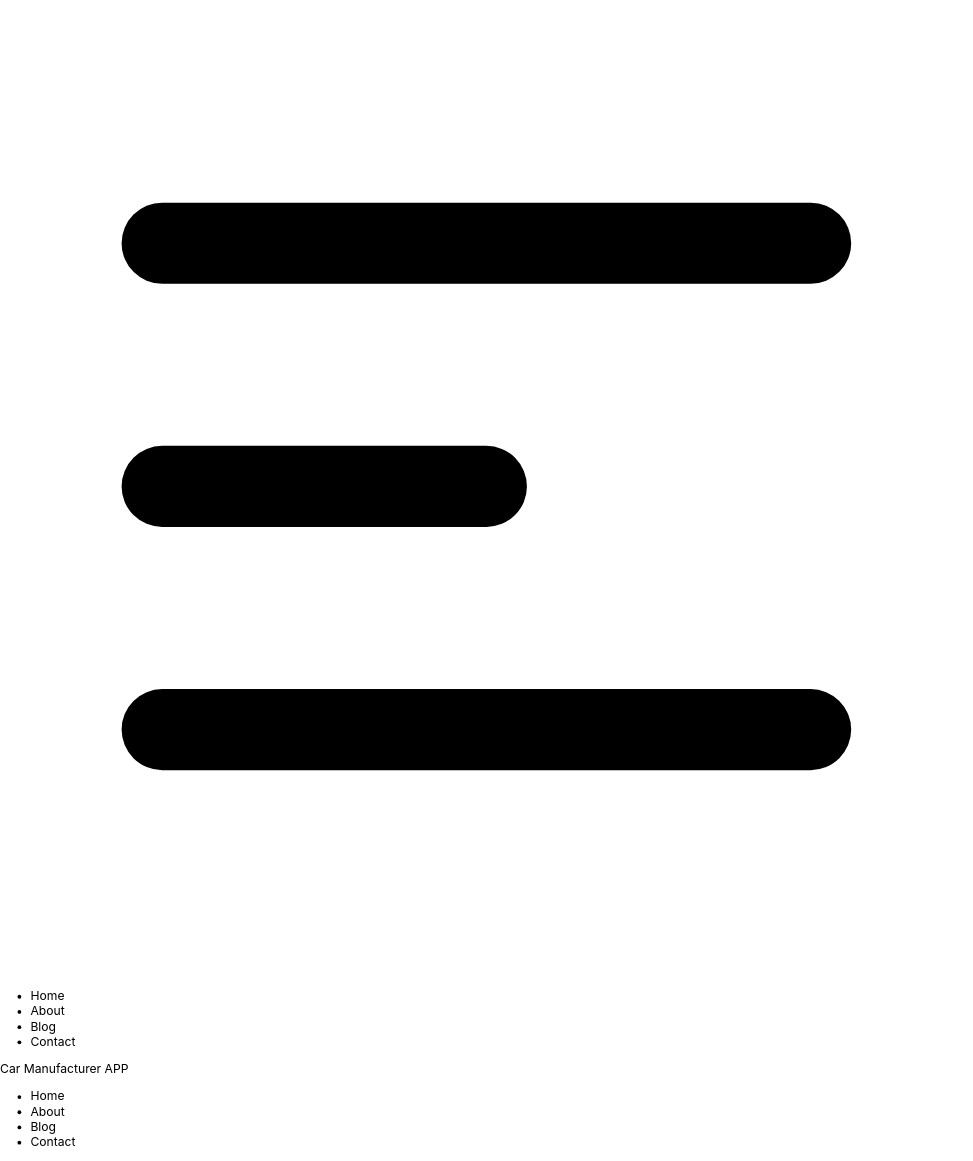
Repository: devsajid/car-manufacturer-app
Page: /
These files come from the project's save history. The page is drawn as it stood at one moment and after a run of saves; the edit follows.
The browser window is 1280 px wide. The pictures show the whole page, at 76% of full size.
The project was rebuilt for these pictures with package versions that can differ from the ones it lists, and the page was loaded fresh each time. Also part of the build but not shown: src/App.css.

Above is the page before, as saved 2022-05-22 12:43:51.

### src/App.js
import "./App.css";
import Navbar from "./SharedComponents/Navbar/Navbar";

function App() {
  return (
    <div>
      <Navbar></Navbar>
    </div>
  );
}

export default App;

### src/SharedComponents/Navbar/Navbar.js
import React from "react";

const Navbar = () => {
  return (
    <div>
      <div class="navbar bg-neutral text-base-100">
        <div class="navbar-start text-base-100">
          <div class="dropdown">
            <label tabindex="0" class="btn btn-ghost lg:hidden">
              <svg
                xmlns="http://www.w3.org/2000/svg"
                class="h-5 w-5"
                fill="none"
                viewBox="0 0 24 24"
                stroke="currentColor"
              >
                <path
                  stroke-linecap="round"
                  stroke-linejoin="round"
                  stroke-width="2"
                  d="M4 6h16M4 12h8m-8 6h16"
                />
              </svg>
            </label>
            <ul
              tabindex="0"
              class="menu menu-compact dropdown-content mt-3 p-2 shadow bg-neutral base-100 rounded-box w-100"
            >
              <li>
                <a>Home</a>
              </li>
              <li>
                <a>About</a>
              </li>
              <li>
                <a>Blog</a>
              </li>
              <li>
                <a>Contact</a>
              </li>
            </ul>
          </div>
          <a className="btn btn-ghost bg- normal-case text-base-100 text-xl">
            Car Manufacturer APP
          </a>
        </div>
        <div class="navbar-center hidden lg:flex">
          <ul class="menu menu-horizontal text-xl p-0">
            <li>
              <a>Home</a>
            </li>

            <li>
              <a>About</a>
            </li>
            <li>
              <a>Blog</a>
            </li>
            <li>
              <a>Contact</a>
            </li>
          </ul>
        </div>
      </div>
    </div>
  );
};

export default Navbar;

Loaded but not shown: public/index.html (common file); src/index.js (common file); src/index.css (common file); src/reportWebVitals.js (common file)

After the next 2 saves:
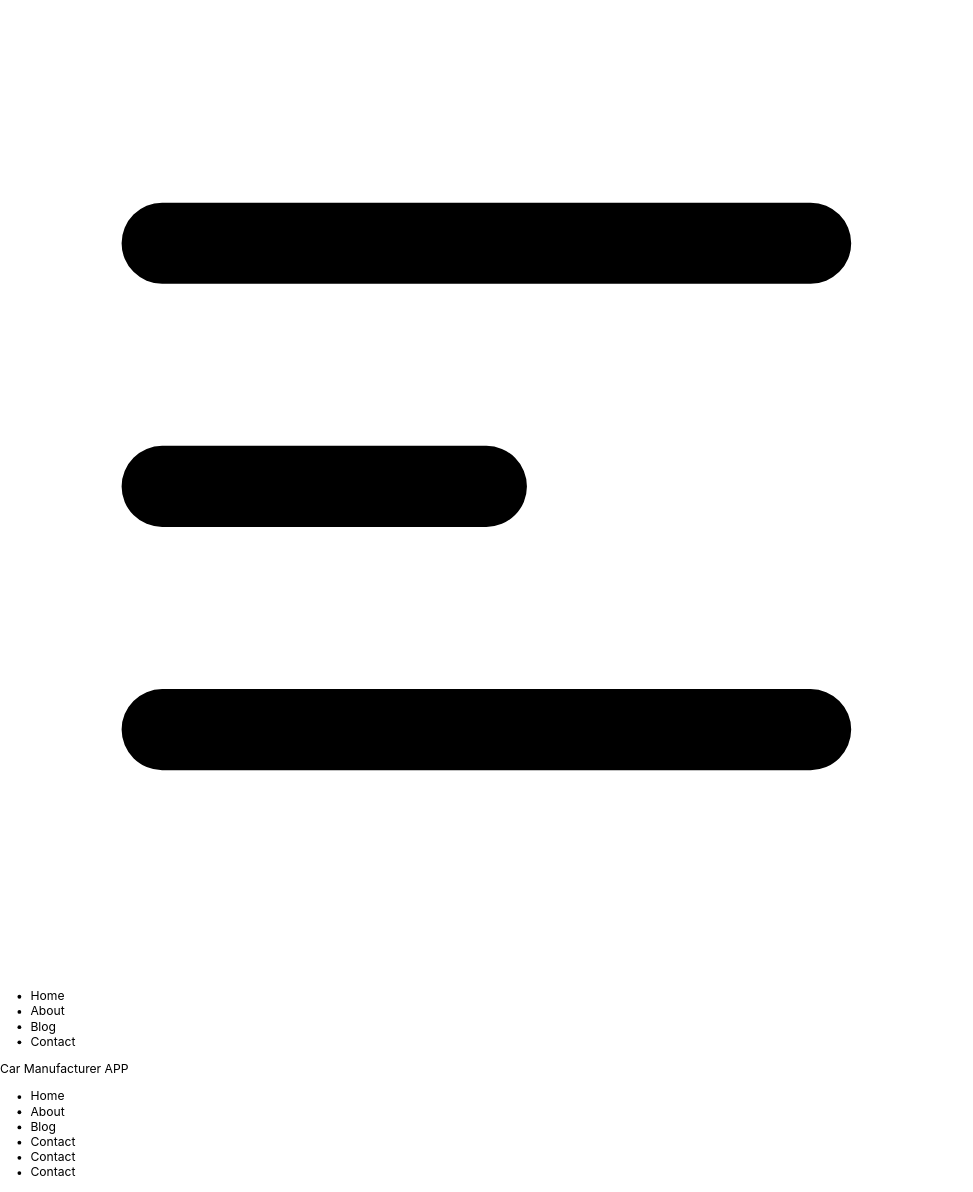
The 2 saves are shown as one change because they came seconds apart.
The last was saved 13 s later.
--- a/src/SharedComponents/Navbar/Navbar.js
+++ b/src/SharedComponents/Navbar/Navbar.js
@@ -59,6 +59,12 @@
             <li>
               <a>Contact</a>
             </li>
+            <li>
+              <a>Contact</a>
+            </li>
+            <li>
+              <a>Contact</a>
+            </li>
           </ul>
         </div>
       </div>
